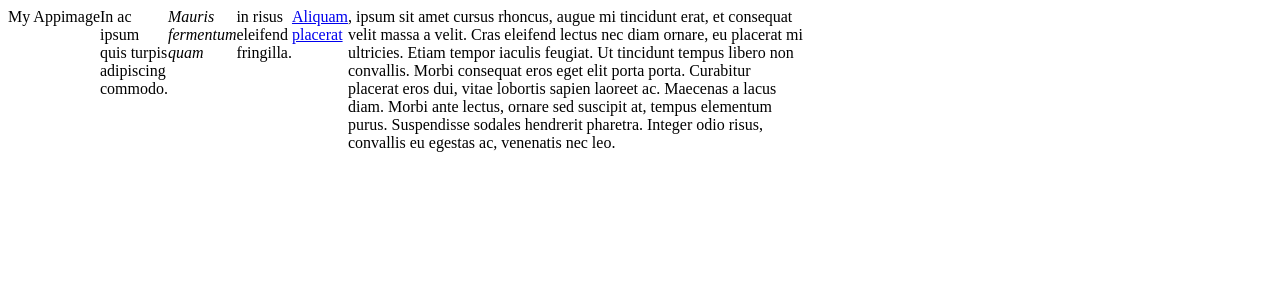
Repository: jmfrank63/FEWDNanoDegree
Page: project1/lesson1/portfolio/toplist/index.html
The author's editor kept a record of every edit. The page is drawn from the files as they stood at one moment, then again after the next edit.
The browser window is 1280 px wide. The pictures show the whole page.

Above is the page before.

### project1/lesson1/portfolio/toplist/index.html
<!DOCTYPE html>
<html>
    <head>
        <title></title>
        <link rel="stylesheet" href="style.css" type="text/css" />
    </head>
    <body>
        <div class="title">My App</div>
        <div class="app">
            <div class="screenshot">image</div>
            <div class="description">In ac ipsum quis turpis adipiscing commodo. <em>Mauris fermentum quam</em> in risus eleifend fringilla. <a href="#">Aliquam placerat</a>, ipsum sit amet cursus rhoncus, augue mi tincidunt erat, et consequat velit massa a velit. Cras eleifend lectus nec diam ornare, eu placerat mi ultricies. Etiam tempor iaculis feugiat. Ut tincidunt tempus libero non convallis. Morbi consequat eros eget elit porta porta. Curabitur placerat eros dui, vitae lobortis sapien laoreet ac. Maecenas a lacus diam. Morbi ante lectus, ornare sed suscipit at, tempus elementum purus. Suspendisse sodales hendrerit pharetra. Integer odio risus, convallis eu egestas ac, venenatis nec leo.</div>
        </div>
    </body>
</html>

### project1/lesson1/portfolio/toplist/style.css
* {
    /*outline: 1px solid red !important;*/
    display: flex;
}

* {
    -webkit-box-sizing: border-box;
    -moz-box-sizing: border-box;
    -ms-box-sizing: border-box;
    box-sizing: border-box;
}

.screenshot {
    max-width: 640px;
}

.description {
    max-width: 705px;
}

After the next edit:
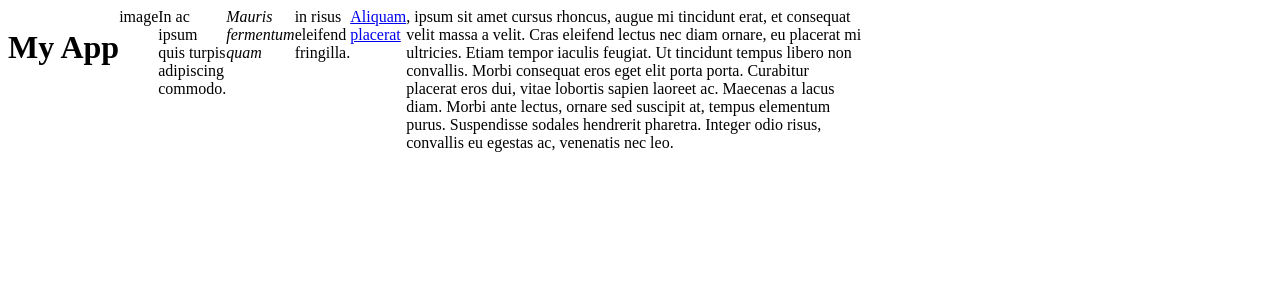
The edit:
--- a/project1/lesson1/portfolio/toplist/index.html
+++ b/project1/lesson1/portfolio/toplist/index.html
@@ -5,7 +5,7 @@
         <link rel="stylesheet" href="style.css" type="text/css" />
     </head>
     <body>
-        <div class="title">My App</div>
+        <h1 class="title">My App</h1>
         <div class="app">
             <div class="screenshot">image</div>
             <div class="description">In ac ipsum quis turpis adipiscing commodo. <em>Mauris fermentum quam</em> in risus eleifend fringilla. <a href="#">Aliquam placerat</a>, ipsum sit amet cursus rhoncus, augue mi tincidunt erat, et consequat velit massa a velit. Cras eleifend lectus nec diam ornare, eu placerat mi ultricies. Etiam tempor iaculis feugiat. Ut tincidunt tempus libero non convallis. Morbi consequat eros eget elit porta porta. Curabitur placerat eros dui, vitae lobortis sapien laoreet ac. Maecenas a lacus diam. Morbi ante lectus, ornare sed suscipit at, tempus elementum purus. Suspendisse sodales hendrerit pharetra. Integer odio risus, convallis eu egestas ac, venenatis nec leo.</div>
